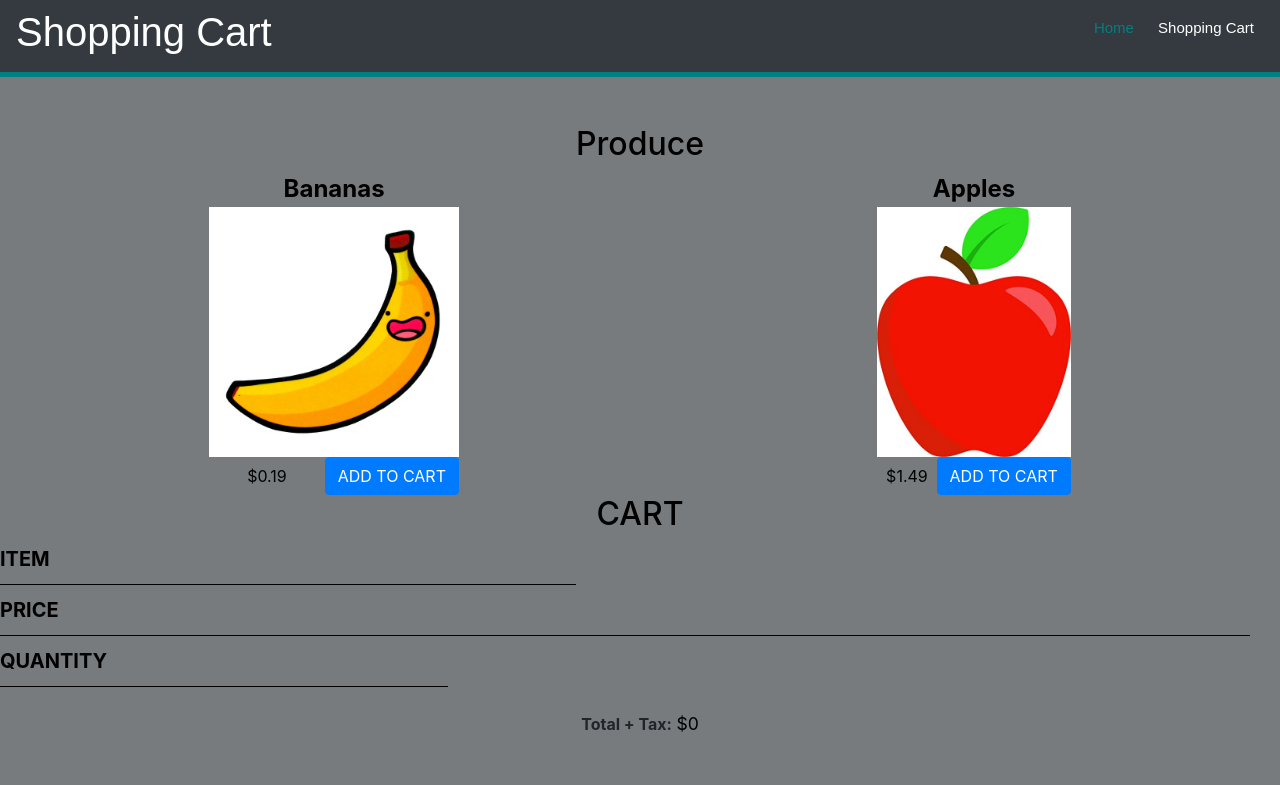
Repository: ElijahHallera/336-Internet-Prog
Page: cst336_s2020Assignment2-master/cst336_s2020Assignment2-master/shoppingcart.html
The author's editor kept a record of every edit. The page is drawn from the files as they stood at one moment, then again after the next edit.
The browser window is 1280 px wide. The pictures show the whole page.

Above is the page before.

After the next edit:
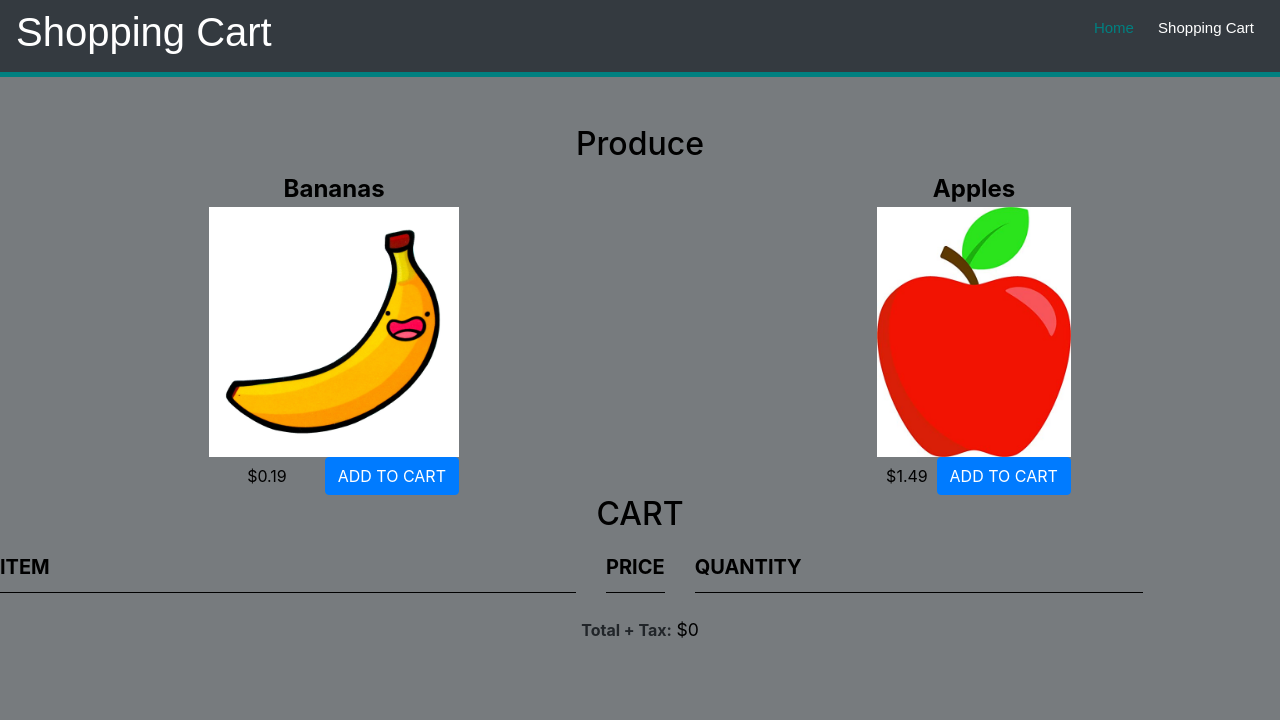
The edit:
--- a/cst336_s2020Assignment2-master/cst336_s2020Assignment2-master/shoppingcart.html
+++ b/cst336_s2020Assignment2-master/cst336_s2020Assignment2-master/shoppingcart.html
@@ -52,7 +52,7 @@
 
         <section>
             <h2>CART</h2>
-            <div class="cart-row">
+            <div class="list">
                 <span class="cart-item cart-header cart-column">ITEM</span>
                 <span class="cart-price cart-header cart-column">PRICE</span>
                 <span class="cart-quantity cart-header cart-column">QUANTITY</span>
